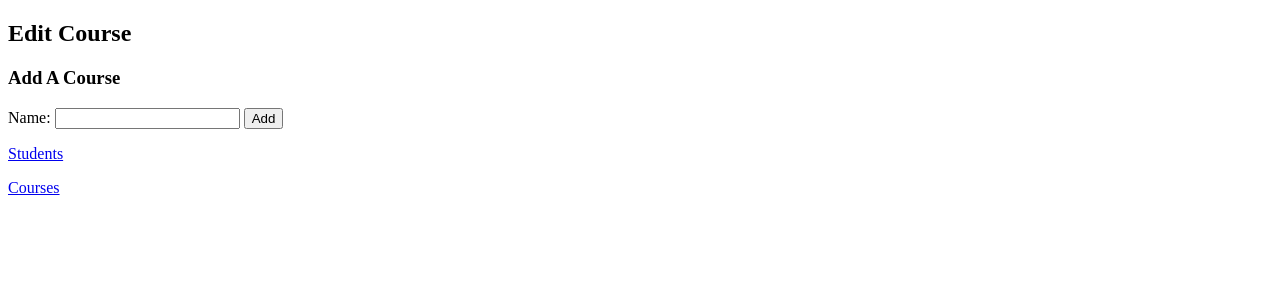
Repository: pjberry/course-tracking-initial
Page: http://localhost/course-tracking/editCourse.jsp
The author's editor kept a copy of each file at every save. The page is drawn from the files as they stood at one save, then again after the next save.
The browser window is 1280 px wide. The pictures show the whole page.
The page is served by Tomcat 9.

Above is the page before, as saved 2014-09-09 02:25:46.

After the next save:
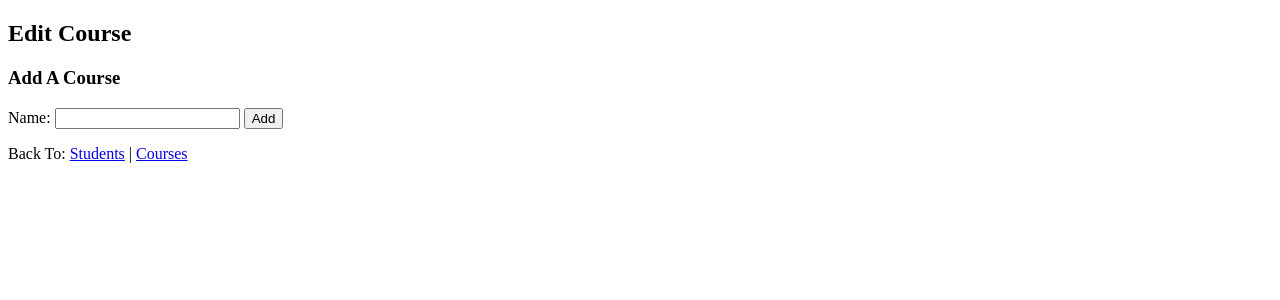
Saved 2 min 5 s later.
--- a/course-tracking/WebContent/editCourse.jsp
+++ b/course-tracking/WebContent/editCourse.jsp
@@ -16,8 +16,7 @@
 	<input type="submit" value="Add">
 	</form>
 
-	<p><a href="StudentController">Students</a></p>
-	<p><a href="CourseController">Courses</a></p>
+	<p>Back To: <a href="StudentController">Students</a> | <a href="CourseController">Courses</a></p>
 </body>
 
 </html>
